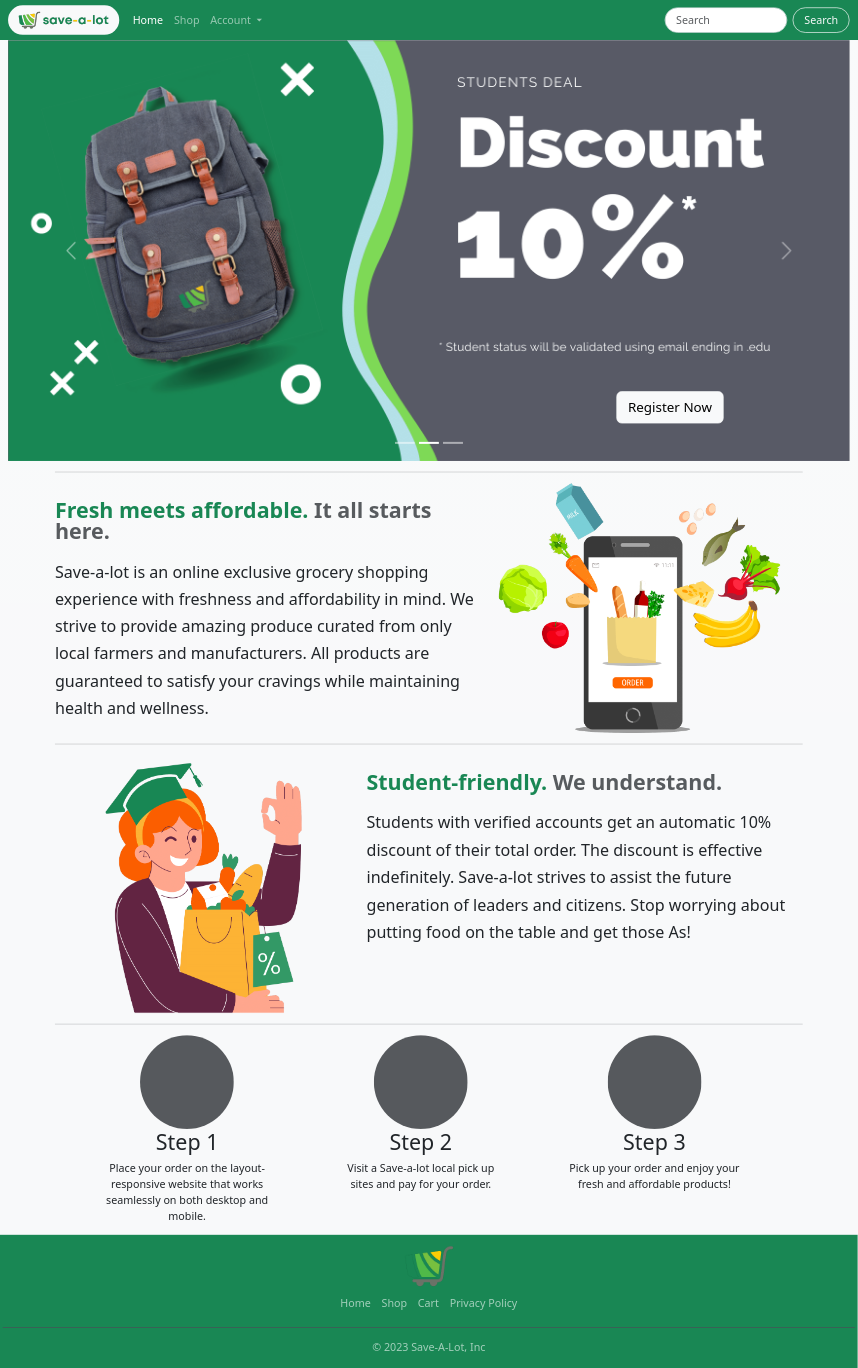
Repository: bill071194/savealot
Page: http://localhost/index
The author's editor kept a record of every edit. The page is drawn from the files as they stood at one moment, then again after the next edit.
The browser window is 1280 px wide. The pictures show the whole page, at 67% of full size.
The page is served by the project's Laravel application, run on PHP 8.4 with Laravel 10. The database holds what the project's SQL file puts in it.

Above is the page before.

After the next edit:
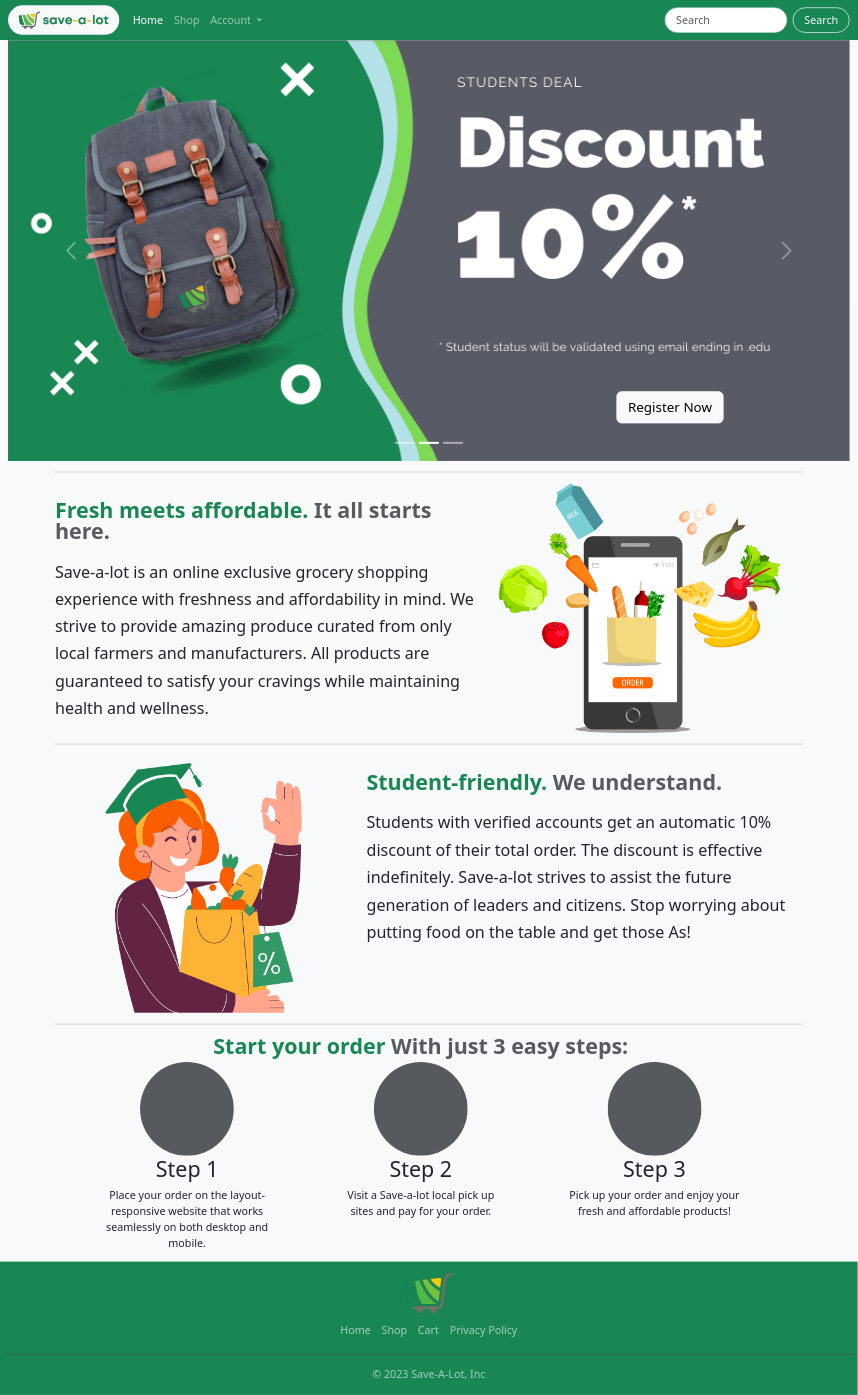
The edit:
--- a/savealot/resources/views/index.blade.php
+++ b/savealot/resources/views/index.blade.php
@@ -82,6 +82,7 @@
 
     <!-- START 3 COLUMNS OF STEPS -->
     <div class="row featurette justify-content-evenly">
+      <h2 class="featurette-heading fw-bold lh-1 text-success text-center">Start your order <span class="text-body-secondary">With just 3 easy steps:</span></h2>
       <div class="col-lg-3 text-center">
         <svg class="bd-placeholder-img rounded-circle" width="140" height="140" xmlns="http://www.w3.org/2000/svg" role="img" aria-label="Placeholder" preserveAspectRatio="xMidYMid slice" focusable="false"><title>Placeholder</title><rect width="100%" height="100%" fill="var(--bs-secondary-color)"></rect></svg>
         <h2 class="fw-normal">Step 1</h2>
